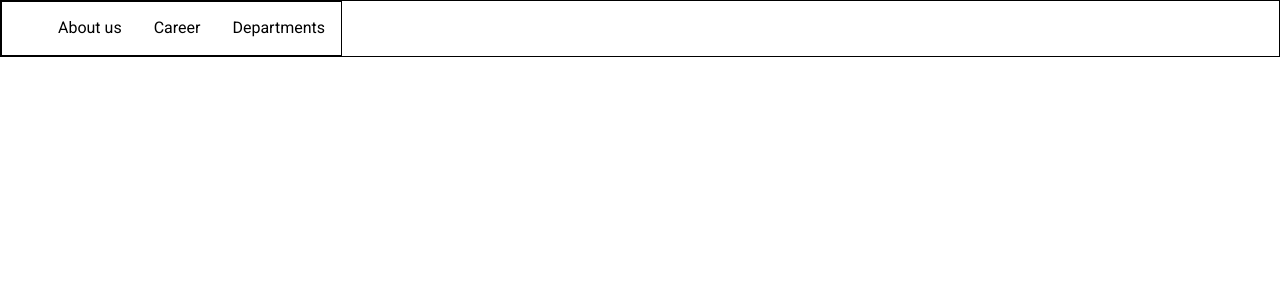
Repository: Hassanine-jaouadi/docplanner
Page: doc-panner.html
An editor plug-in stored every save of this project. The page is shown before and after the next save, followed by the edit.
The browser window is 1280 px wide. The pictures show the whole page.
Some web libraries are served in a nearby version.

Above is the page before, as saved 2020-01-16 22:06:24.

### doc-panner.html
<!DOCTYPE html>
<html lang="en">
<!--  the head -->

<head>
    <title> Docplanner Group </title>
    <meta charset="UTF-8">
    <meta name="viewport" content="width=device-width, initial-scale=1.0">
    <link rel="stylesheet" href="style.css">
    <link rel="icon" href="file:///Users/hjaouadi/Documents/Wistia/Doc-planner/it.docplanner-w130.png" type="image/gif"
        sizes="16x16">

    <script src="https://kit.fontawesome.com/7e294a499a.js" crossorigin="anonymous"></script>
    <link href="https://fonts.googleapis.com/css?family=Roboto&display=swap" rel="stylesheet">

</head>

<!--  the body -->

<body>
    <nav class="main-header flex-container">
        <ul class="nav-menu flex-container">
            <li> <a href="https://www.docplanner.com/about-us" class="flex-item"> About us</a> </li>
            <li> <a href="https://www.docplanner.com/career" class="flex-item">Career</a> </li>
            <li> <a href="https://www.docplanner.com/departments" class="flex-item">Departments</a> </li>
        </ul>
    </nav>


</body>

</html>

### style.css
html,body
{
    width: 100%;
    height: 100%;
    margin: 0px;
    padding: 0px;
    overflow-x: hidden;
}

* {
    box-sizing: border-box;
    margin: 0;
    font-family: 'Roboto', sans-serif;
    background-color: ffff;
    line-height: 1.8 ;

}

/* flex container */
.flex-container{
    display: flex;
    flex-direction: row;
    border: solid 1px black;
    justify-content: space-between;
    align-items: right;
}

.flex-item {
    flex: 1;
}


.flex-container  a {
    color: black;
    padding: 12px 16px;
    text-decoration: none ;
    display: block;

  }

  li { list-style: none; }

After the next save:
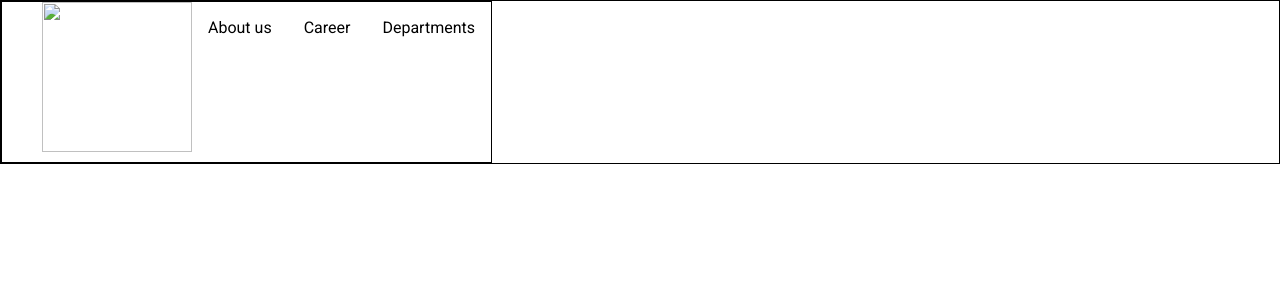
Saved 63 s later.
--- a/doc-panner.html
+++ b/doc-panner.html
@@ -20,6 +20,8 @@
 <body>
     <nav class="main-header flex-container">
         <ul class="nav-menu flex-container">
+                <li> <img src="file:///Users/hjaouadi/Documents/Wistia/Doc-planner/logo-default-group-en.svg"
+                    class="docplanner-group" width="150" height="150"/></li>
             <li> <a href="https://www.docplanner.com/about-us" class="flex-item"> About us</a> </li>
             <li> <a href="https://www.docplanner.com/career" class="flex-item">Career</a> </li>
             <li> <a href="https://www.docplanner.com/departments" class="flex-item">Departments</a> </li>
